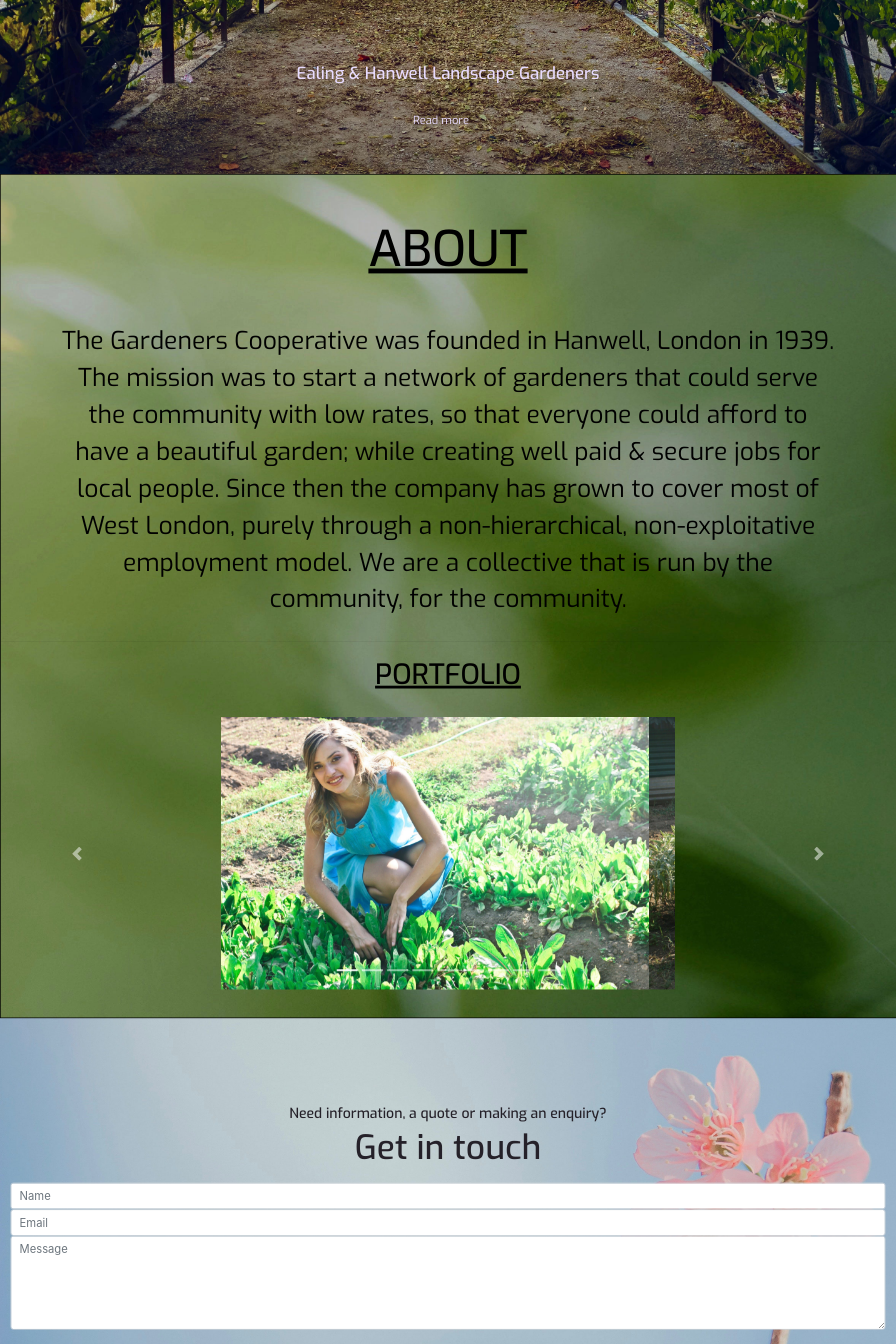
Repository: harrypars0ns/milestone-project
Page: index.html
The author's editor kept a record of every edit. The page is drawn from the files as they stood at one moment, then again after the next edit.
The browser window is 1280 px wide. The pictures show the part of the page from y = 471 to 2391 px (the page is 2596 px tall before and 2575 px after), at 70% of full size.
Backgrounds fixed to the window are drawn as part of the page.

Above is the page before.

After the next edit:
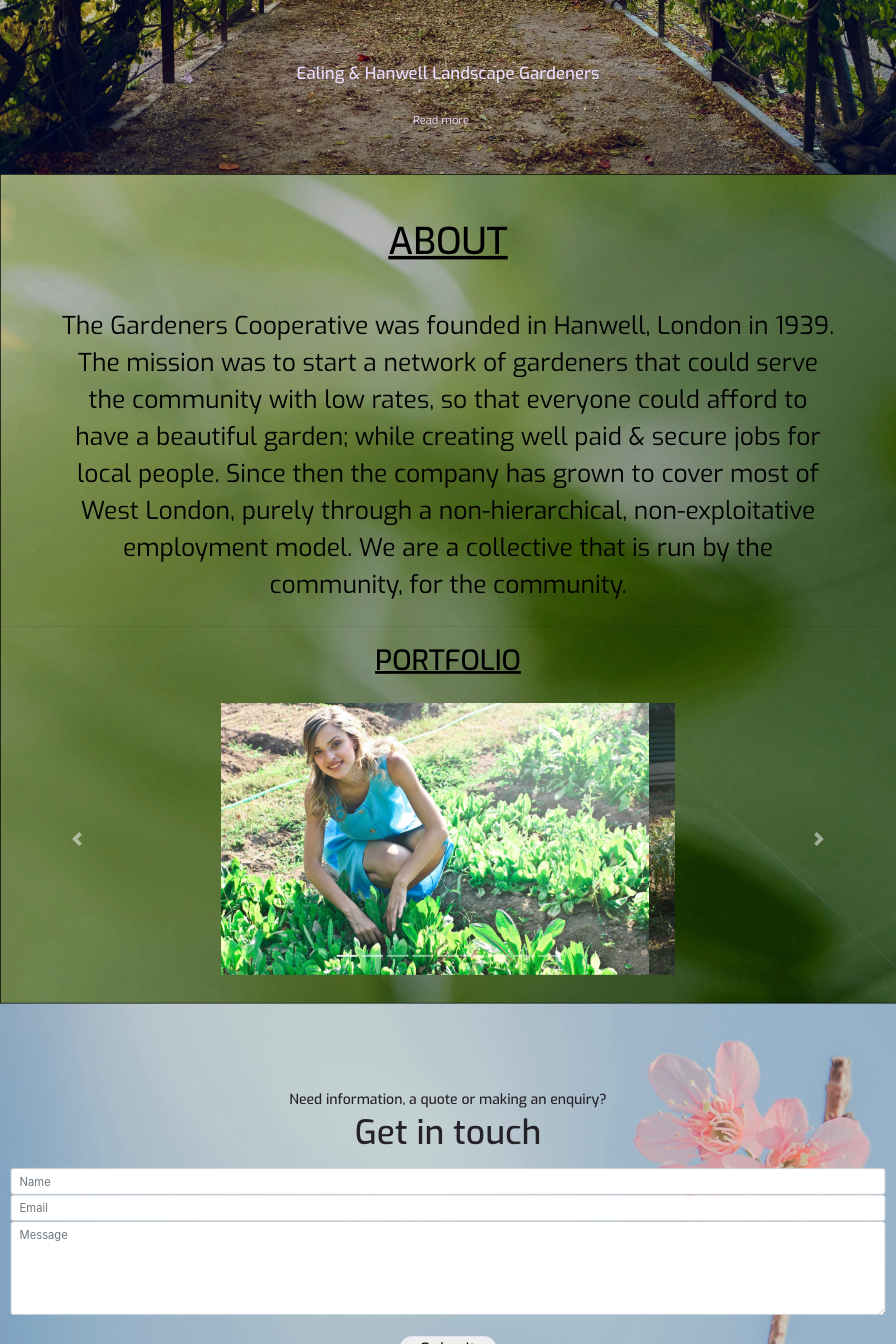
The edit:
--- a/assets/css/style.css
+++ b/assets/css/style.css
@@ -174,7 +174,7 @@
 
 .info h1 {
 
-    font-size: 2em;
+    font-size: 1.5em;
 
     text-decoration: underline;
 
